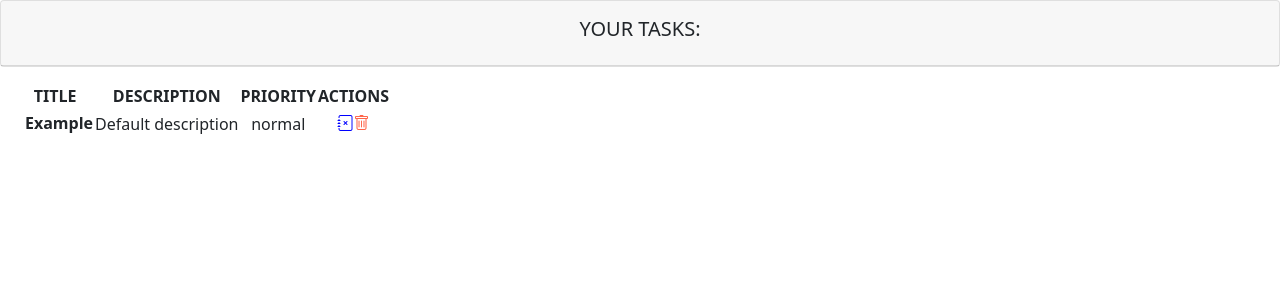
Repository: abgdev1997/proyecto-evo
Page: /
The author's editor kept a copy of each file at every save. The page is drawn from the files as they stood at one save, then again after the next save.
The browser window is 1280 px wide. The pictures show the whole page.
The project was rebuilt for these pictures with package versions that can differ from the ones it lists, and the page was loaded fresh each time. Also part of the build but not shown: src/index.css.

Above is the page before, as saved 2022-01-27 11:06:07.

### src/index.js
import React from 'react';
import ReactDOM from 'react-dom';
import 'bootstrap/dist/css/bootstrap.css';
import 'bootstrap-icons/font/bootstrap-icons.css';
import './index.css';
import App from './App';

ReactDOM.render(
  <React.StrictMode>
    <App />
  </React.StrictMode>,
  document.getElementById('root')
);

### src/App.js
import './App.css';
import TaskList from './components/container/task_list';

function App() {
  return (
    <div className="App">
        {/* Componente de listado de tareas */}
        <TaskList></TaskList>
    </div>
  );
}

export default App;

### src/components/container/task_list.jsx
import React, {useState, useEffect} from 'react';
import {Task} from '../../models/levels.class'
import { LEVELS } from '../../models/levels.enum';
import TaskComponent from '../pure/task_component'

const TaskList = () => {

    const defaultTask = new Task('Example', 'Default description', false, LEVELS.NORMAL);

    //Estados del componente
    const [tasks, setTasks] = useState([defaultTask]);
    const [loading, setLoading] = useState(true);

    //Control de ciclo de vida del componente
    useEffect(() => {
        console.log('Task State has been modified');
        setLoading(false);
        return () => {
            console.log('TaskList component is going to unmount');
        };
    }, [tasks]);

    const changeCompleted = (id) => {
        {/*TODO: Cambiar estado de una tarea'*/}
    }

    return (
        <div>
            {/* Dividimos el contenedor en 12 columnas */}
            <div className='col-12'>
                {/* Usamos la class card */}
                <div className='card'>
                    {/* CARD HEADER (TITLE) */}
                    {/* card-header es la cabecera de la carta, p-3 es padding 3 */}
                    <div className='card-header p-3 '>
                        <h5>
                            YOUR TASKS:
                        </h5>
                    </div>
                </div>
                {/* CARD BODY (CONTENT) */}
                <div className='card-body' data-mdb-perfect-scrollbar='true' style={ {position: 'relative', height:'400px'} }>
                    <table>
                        <thead>
                            <tr>
                                <th scope='col'>TITLE</th>
                                <th scope='col'>DESCRIPTION</th>
                                <th scope='col'>PRIORITY</th>
                                <th scope='col'>ACTIONS</th>
                            </tr>
                        </thead>
                        <tbody>
                            {/* TODO: Aplicar un For/Map para renderizar una lista */}
                            <TaskComponent task={defaultTask}></TaskComponent>
                        </tbody>
                    </table>
                </div>
            </div>
        </div>
    );
};


export default TaskList;

### src/models/levels.class.js
import { LEVELS } from "./levels.enum";

export class Task {
    name = 'o';
    description = '';
    completed = false;
    level = LEVELS.NORMAL;

    constructor(name, description, completed, level){
        this.name = name;
        this.description = description;
        this.completed = completed;
        this.level = level;
    }
}

### src/models/levels.enum.js
export const LEVELS = {
    NORMAL: 'normal',
    URGENT: 'urgent',
    BLOCKING:'blocking',
}

### src/components/pure/task_component.jsx
import React, {useEffect} from 'react';
import PropTypes from 'prop-types';
import { Task } from '../../models/levels.class';


const TaskComponent = ({task}) => {

    useEffect(() => {
        console.log('Created task')
        return () => {
            console.log(`Task: ${task.name} is going to unmount...`)
        };
    }, [task]);

    return (

        <tr className='fw-normal'>
            <th>
                {/* ms-2 Margin 2 */}
                <span className='ms-2'>{task.name}</span>
            </th>
            <td>
                {/* align-middle alinea al centro */}
                <span className='align-middle'>{task.description}</span>
            </td>
            <td>
                {/* TODO: Sustituir por un badge */}
                <span className='align-middle'>{task.level}</span>
            </td>
            <td>
                {/* <span className='align-middle'>{task.completed ? 'COMPLETED' : 'PENDING'}</span> */}
                { task.completed ?
                    (<i className='bi bi-journal-check' style={{color: 'green', fontWeight:'bold'}}></i>)
                    : (<i className='bi bi-journal-x' style={{color: 'blue', fontWeight:'bold'}}></i>)
                }
                <i className='bi-trash' style={{color:'tomato', fontWeight:'bold'}}></i>
            </td>
        </tr>

        // <div>
        //     <h2>
        //         Name: {task.name}
        //     </h2>
        //     <h3>
        //         Description: {task.description}
        //     </h3>
        //     <h4>
        //         Level: {task.level}
        //     </h4>
        //     <h5>
        //         This task is: {task.completed ? 'COMPLETED' : 'PENDING'}
        //     </h5>
        // </div>
    );
};


TaskComponent.propTypes = {
    task: PropTypes.instanceOf(Task)
};


export default TaskComponent;

Loaded but not shown: public/index.html (common file); src/App.css (common file)

After the next save:
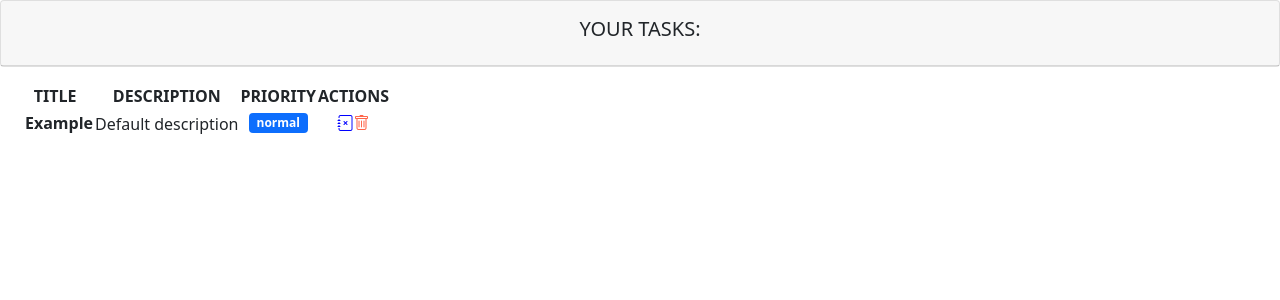
Saved 9 min 54 s later.
--- a/src/components/pure/task_component.jsx
+++ b/src/components/pure/task_component.jsx
@@ -1,6 +1,7 @@
 import React, {useEffect} from 'react';
 import PropTypes from 'prop-types';
 import { Task } from '../../models/levels.class';
+import { LEVELS } from '../../models/levels.enum';
 
 
 const TaskComponent = ({task}) => {
@@ -11,6 +12,19 @@ const TaskComponent = ({task}) => {
             console.log(`Task: ${task.name} is going to unmount...`)
         };
     }, [task]);
+
+    function taskLevelBadge(){
+        switch (task.level) {
+            case LEVELS.NORMAL:
+                return(<h6 className='mb-0'><span className='badge bg-primary'>{task.level}</span></h6>);
+            case LEVELS.URGENT:
+                return(<h6 className='mb-0'><span className='badge bg-warning'>{task.level}</span></h6>);
+            case LEVELS.BLOCKING:
+                return(<h6 className='mb-0'><span className='badge bg-danger'>{task.level}</span></h6>);
+            default:
+                break;
+        }
+    }
 
     return (
 
@@ -24,8 +38,8 @@ const TaskComponent = ({task}) => {
                 <span className='align-middle'>{task.description}</span>
             </td>
             <td>
-                {/* TODO: Sustituir por un badge */}
-                <span className='align-middle'>{task.level}</span>
+                {/* <span className='align-middle'>{task.level}</span> */}
+                {taskLevelBadge()}
             </td>
             <td>
                 {/* <span className='align-middle'>{task.completed ? 'COMPLETED' : 'PENDING'}</span> */}
